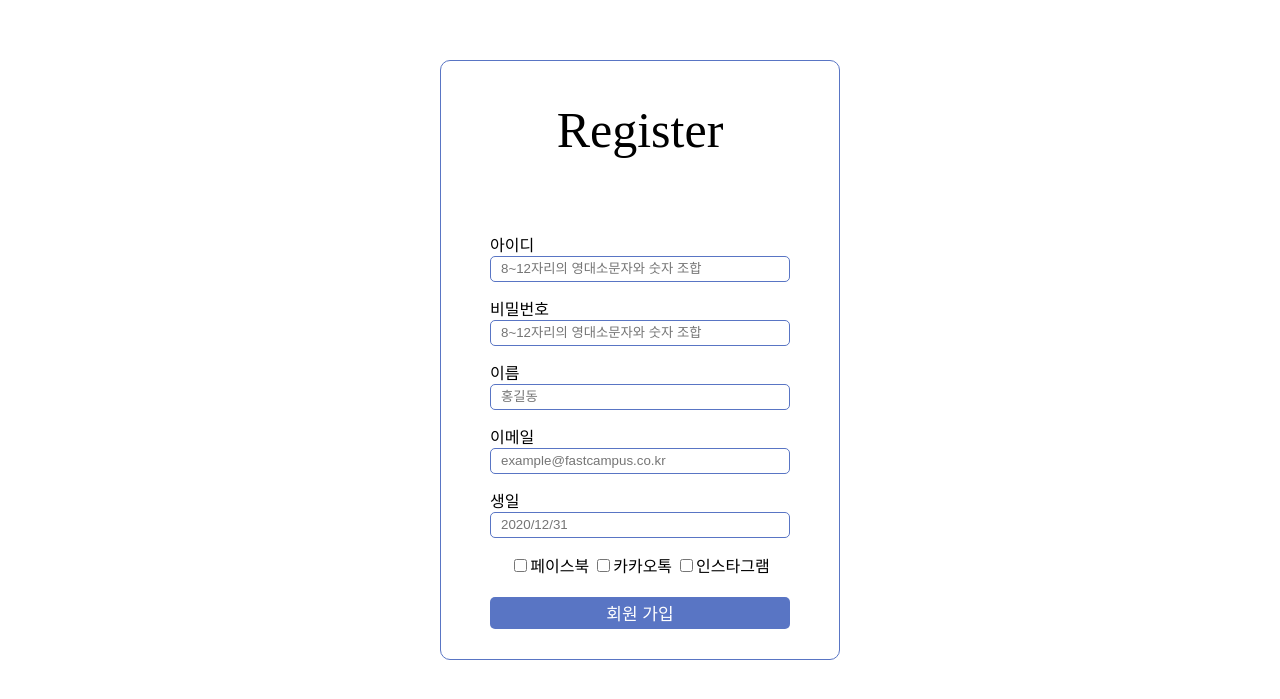
Repository: mmeaning/spring_basic
Page: ch2/src/main/webapp/WEB-INF/views/registerForm.html
An editor plug-in stored every save of this project. The page is shown before and after the next save, followed by the edit.
The browser window is 1280 px wide. The pictures show the whole page.
Some web libraries are served in a nearby version.

Above is the page before, as saved 2023-11-23 07:37:55.

### ch2/src/main/webapp/WEB-INF/views/registerForm.html
<!DOCTYPE html>
<html lang="en">
<head>
    <meta charset="UTF-8">
    <meta http-equiv="X-UA-Compatible" content="IE=edge">
    <meta name="viewport" content="width=device-width, initial-scale=1.0">
    <link rel="stylesheet" href="https://cdnjs.cloudflare.com/ajax/libs/font-awesome/5.8.2/css/all.min.css" />
    <style>
        * { box-sizing:border-box; }

        form {
            width:400px;
            height:600px;
            display : flex;
            flex-direction: column;
            align-items:center;
            position : absolute;
            top:50%;
            left:50%;
            transform: translate(-50%, -50%) ;
            border: 1px solid rgb(89,117,196);
            border-radius: 10px;
        }

        .input-field {
            width: 300px;
            height: 40px;
            border : 1px solid rgb(89,117,196);
            border-radius:5px;
            padding: 0 10px;
            margin-bottom: 10px;
        }
        label {
            width:300px;
            height:30px;
            margin-top :4px;
        }

        button {
            background-color: rgb(89,117,196);
            color : white;
            width:300px;
            height:50px;
            font-size: 17px;
            border : none;
            border-radius: 5px;
            margin : 20px 0 30px 0;
        }

        .title {
            font-size : 50px;
            margin: 40px 0 30px 0;
        }

        .msg {
            height: 30px;
            text-align:center;
            font-size:16px;
            color:red;
            margin-bottom: 20px;
        }
        .sns-chk {
            margin-top : 5px;
        }
    </style>
    <title>Register</title>
</head>
<body>
   <form action="/ch2/registerInfo.jsp" method="POST" onsubmit="return formCheck(this)">
    <div class="title">Register</div>
    <div id="msg" class="msg"> </div>
    <label for="">아이디</label>
    <input class="input-field" type="text" name="id" placeholder="8~12자리의 영대소문자와 숫자 조합">
    <label for="">비밀번호</label>
    <input class="input-field" type="text" name="pwd" placeholder="8~12자리의 영대소문자와 숫자 조합">
    <label for="">이름</label>
    <input class="input-field" type="text" name="name" placeholder="홍길동">
    <label for="">이메일</label>
    <input class="input-field" type="text" name="email" placeholder="example@fastcampus.co.kr">
    <label for="">생일</label>
    <input class="input-field" type="text" name="birth" placeholder="2020/12/31">
    <div class="sns-chk">
        <label><input type="checkbox" name="sns" value="facebook"/>페이스북</label>
        <label><input type="checkbox" name="sns" value="kakaotalk"/>카카오톡</label>
        <label><input type="checkbox" name="sns" value="instagram"/>인스타그램</label>
    </div>
    <button>회원 가입</button>
   </form>
   <script>
       function formCheck(frm) {
            var msg ='';

            if(frm.id.value.length<3) {
                setMessage('id의 길이는 3이상이어야 합니다.', frm.id);
                return false;
            }
            if(frm.pwd.value.length<3) {
                setMessage('pwd의 길이는 3이상이어야 합니다.', frm.pwd);
                return false;
            }

           return true;
       }

       function setMessage(msg, element){
            document.getElementById("msg").innerHTML = `<i class="fa fa-exclamation-circle"> ${msg}</i>`;

            if(element) {
                element.select();
            }
       }
   </script>
</body>
</html>

After the next save:
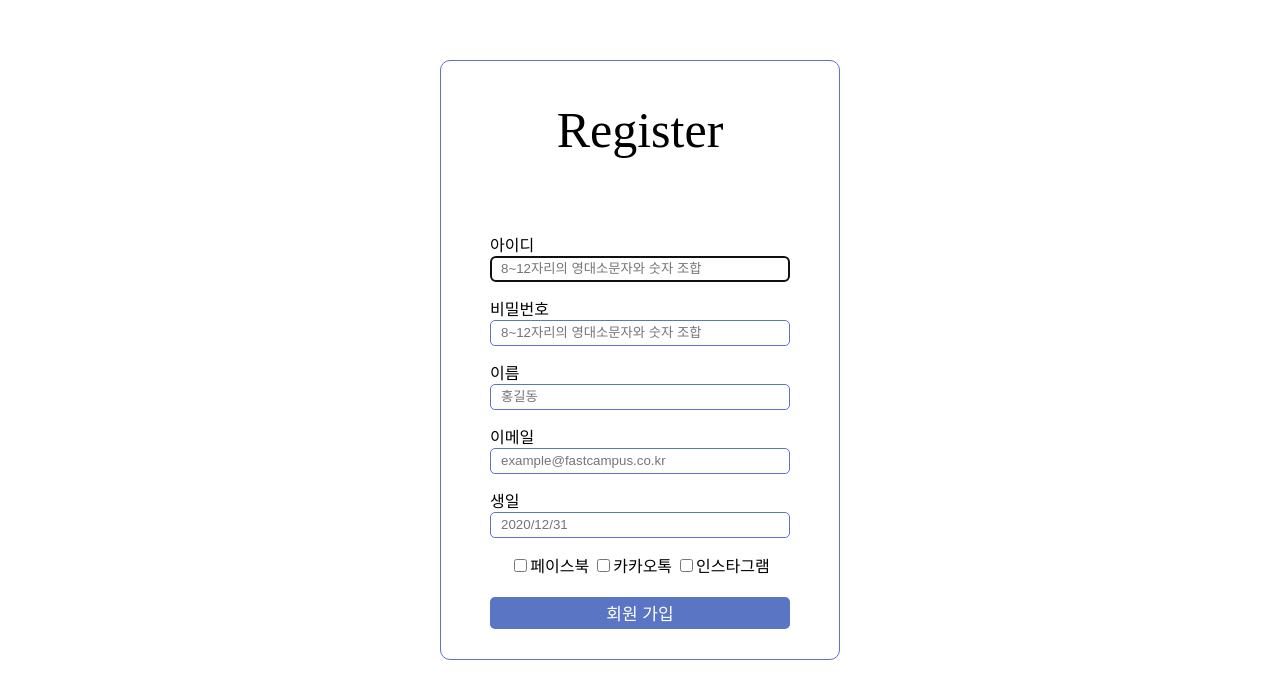
Saved 4 min 34 s later.
--- a/ch2/src/main/webapp/WEB-INF/views/registerForm.html
+++ b/ch2/src/main/webapp/WEB-INF/views/registerForm.html
@@ -70,7 +70,7 @@
     <div class="title">Register</div>
     <div id="msg" class="msg"> </div>
     <label for="">아이디</label>
-    <input class="input-field" type="text" name="id" placeholder="8~12자리의 영대소문자와 숫자 조합">
+    <input class="input-field" type="text" name="id" placeholder="8~12자리의 영대소문자와 숫자 조합" autofocus>
     <label for="">비밀번호</label>
     <input class="input-field" type="text" name="pwd" placeholder="8~12자리의 영대소문자와 숫자 조합">
     <label for="">이름</label>
